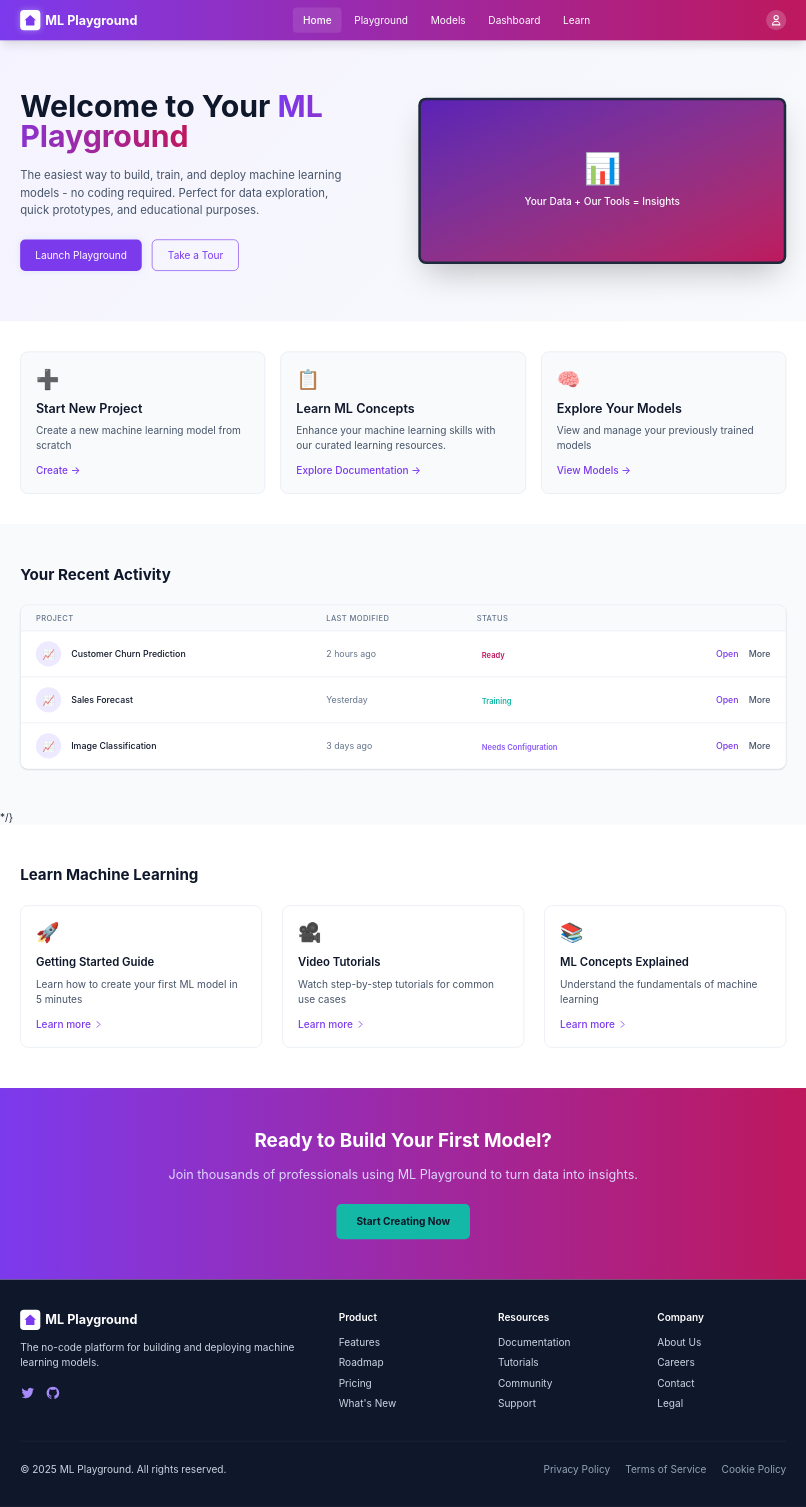
Repository: mdjaved24/ML_Playground
Page: /home (app in frontend/)
These files come from the project's save history. The page is drawn as it stood at one moment and after the next save; the edit follows.
The browser window is 1280 px wide. The pictures show the whole page, at 63% of full size.
The project was rebuilt for these pictures with package versions that can differ from the ones it lists, and the page was loaded fresh each time. Also part of the build but not shown: frontend/vite.config.js, frontend/src/pages/Landing Page/LandingPage.jsx, frontend/src/pages/Auth/Login.jsx, frontend/src/modals/ChangePassword.jsx, frontend/src/pages/Dashboard/Dashboard.jsx, frontend/src/pages/Auth/Signup.jsx, frontend/src/pages/Auth/ForgotPassword.jsx, frontend/src/pages/Learn/LearnPage.jsx and 3 more.

Above is the page before, as saved 2025-07-16 11:43:19.

### frontend/src/index.css
@tailwind base;
@tailwind components;
@tailwind utilities;
@import "tailwindcss";

/*
:root {
  font-family: system-ui, Avenir, Helvetica, Arial, sans-serif;
  line-height: 1.5;
  font-weight: 400;

  color-scheme: light dark;
  color: rgba(255, 255, 255, 0.87);
  background-color: #242424;

  font-synthesis: none;
  text-rendering: optimizeLegibility;
  -webkit-font-smoothing: antialiased;
  -moz-osx-font-smoothing: grayscale;
}

a {
  font-weight: 500;
  color: #646cff;
  text-decoration: inherit;
}
a:hover {
  color: #535bf2;
}

body {
  margin: 0;
  display: flex;
  place-items: center;
  min-width: 320px;
  min-height: 100vh;
}

h1 {
  font-size: 3.2em;
  line-height: 1.1;
}

button {
  border-radius: 8px;
  border: 1px solid transparent;
  padding: 0.6em 1.2em;
  font-size: 1em;
  font-weight: 500;
  font-family: inherit;
  background-color: #1a1a1a;
  cursor: pointer;
  transition: border-color 0.25s;
}
button:hover {
  border-color: #646cff;
}
button:focus,
button:focus-visible {
  outline: 4px auto -webkit-focus-ring-color;
}

@media (prefers-color-scheme: light) {
  :root {
    color: #213547;
    background-color: #ffffff;
  }
  a:hover {
    color: #747bff;
  }
  button {
    background-color: #f9f9f9;
  }
} */

### frontend/src/App.jsx
import { useState } from 'react'
import reactLogo from './assets/react.svg'
import viteLogo from '/vite.svg'
import './App.css'
import LandingPage from './pages/Landing Page/LandingPage'
import Login from './pages/Auth/Login'
import Homepage from './pages/Homepage/Homepage.jsx'
import Dashboard from './pages/Dashboard/Dashboard.jsx'
import Signup from './pages/Auth/Signup.jsx'
import ForgotPassword from './pages/Auth/ForgotPassword.jsx'
import LearnPage from './pages/Learn/LearnPage.jsx'
import Playground from './pages/Playground/Playground.jsx'



import { BrowserRouter as Router, Routes, Route, Link } from 'react-router-dom';
import SavedModels from './pages/Saved Models/SavedModels.jsx'
import ProfilePage from './pages/Profile/ProfilePage.jsx'
import TemplatesPage from './pages/Templates/TemplatesPage.jsx'


function App() {
  return (
    <Router>
      <Routes>
        <Route path='/' element={<LandingPage />}></Route>
        <Route path='/login' element={<Login />}></Route>
        <Route path='/signup' element={<Signup />}></Route>
        <Route path='/forgot-password' element={<ForgotPassword />}></Route>
        <Route path='/home' element={<Homepage/>}></Route>
        <Route path='/learn' element={<LearnPage/>}></Route>
        <Route path='/playground' element={<Playground />}></Route>
        <Route path='/models' element={<SavedModels />}></Route>
        <Route path='/profile' element={<ProfilePage />}></Route>
        <Route path='/templates' element={<TemplatesPage />}></Route>
        <Route path='/dashboard' element={<Dashboard/>}></Route>
      </Routes>
    </Router>
  );
}

export default App

### frontend/src/pages/Homepage/Homepage.jsx
// src/pages/Home.jsx
import React from 'react';
import Navbar from '../../components/Navbar';
import Footer from '../../components/Footer';


function Homepage() {
  return (
    <div className="min-h-screen flex flex-col">
      <Navbar />

      {/* Hero Section */}
      <section className="gradient-bg py-20 full-width">
        <div className="mx-auto px-4 sm:px-6 lg:px-8">
          <div className="grid md:grid-cols-2 gap-12 items-center max-w-7xl mx-auto">
            <div>
              <h1 className="text-4xl md:text-5xl font-bold text-[var(--color-gray-900)] mb-6">
                Welcome to Your <span className="gradient-text">ML Playground</span>
              </h1>
              <p className="text-lg text-[var(--color-gray-600)] mb-8 max-w-lg">
                The easiest way to build, train, and deploy machine learning models - no coding required.
                Perfect for data exploration, quick prototypes, and educational purposes.
              </p>
              <div className="flex flex-wrap gap-4">
                <button className="btn-primary px-6 py-3 rounded-lg transition glow-effect">
                  Launch Playground
                </button>
                <button className="border border-[var(--color-primary-600)] text-[var(--color-primary-600)] px-6 py-3 rounded-lg hover:bg-[var(--color-primary-50)] transition">
                  Take a Tour
                </button>
              </div>
            </div>
            <div className="relative">
              <div className="bg-[var(--color-gray-800)] p-1 rounded-xl shadow-2xl">
                <div className="h-64 bg-gradient-to-br from-[var(--color-primary-800)] to-[var(--color-accent-500)] rounded-lg flex items-center justify-center">
                  <div className="text-center p-4 text-white">
                    <div className="text-5xl mb-4">📊</div>
                    <p className="font-medium">Your Data + Our Tools = Insights</p>
                  </div>
                </div>
              </div>
            </div>
          </div>
        </div>
      </section>

      {/* Quick Actions */}
      <section className="py-12 bg-white full-width">
        <div className="mx-auto px-4 sm:px-6 lg:px-8">
          <div className="max-w-7xl mx-auto grid md:grid-cols-3 gap-6">
            {[
              {
                title: "Start New Project",
                desc: "Create a new machine learning model from scratch",
                icon: "➕",
                action: "Create",
                link: "/playground"
              },
              {
                title: "Learn ML Concepts",
                desc: "Enhance your machine learning skills with our curated learning resources.",
                icon: "📋",
                action: "Explore Documentation ",
                link: "/learn"
              },
              {
                title: "Explore Your Models",
                desc: "View and manage your previously trained models",
                icon: "🧠",
                action: "View Models",
                link: "/models"
              }
            ].map((card, index) => (
              <div key={index} className="bg-[var(--color-gray-50)] p-6 rounded-xl border border-[var(--color-gray-200)] hover:shadow-md transition">
                <div className="text-3xl mb-4">{card.icon}</div>
                <h3 className="text-xl font-semibold mb-2 text-[var(--color-gray-900)]">{card.title}</h3>
                <p className="text-[var(--color-gray-600)] mb-4">{card.desc}</p>
                <a href={card.link} className="inline-block text-[var(--color-primary-600)] font-medium hover:text-[var(--color-primary-700)] transition">
                  {card.action} →
                </a>
              </div>
            ))}
          </div>
        </div>
      </section>
{/*
      {/* Recent Activity */}
      <section className="py-16 bg-[var(--color-gray-50)] full-width">
        <div className="mx-auto px-4 sm:px-6 lg:px-8">
          <div className="max-w-7xl mx-auto">
            <h2 className="text-2xl font-bold text-[var(--color-gray-900)] mb-8">Your Recent Activity</h2>
            <div className="bg-white rounded-xl shadow-sm overflow-hidden border border-[var(--color-gray-200)]">
              <table className="min-w-full divide-y divide-[var(--color-gray-200)]">
                <thead className="bg-[var(--color-gray-50)]">
                  <tr>
                    <th scope="col" className="px-6 py-3 text-left text-xs font-medium text-[var(--color-gray-500)] uppercase tracking-wider">
                      Project
                    </th>
                    <th scope="col" className="px-6 py-3 text-left text-xs font-medium text-[var(--color-gray-500)] uppercase tracking-wider">
                      Last Modified
                    </th>
                    <th scope="col" className="px-6 py-3 text-left text-xs font-medium text-[var(--color-gray-500)] uppercase tracking-wider">
                      Status
                    </th>
                    <th scope="col" className="relative px-6 py-3">
                      <span className="sr-only">Actions</span>
                    </th>
                  </tr>
                </thead>
                <tbody className="bg-white divide-y divide-[var(--color-gray-200)]">
                  {[
                    {
                      name: "Customer Churn Prediction",
                      date: "2 hours ago",
                      status: "Ready",
                      statusColor: "text-[var(--color-accent-500)]"
                    },
                    {
                      name: "Sales Forecast",
                      date: "Yesterday",
                      status: "Training",
                      statusColor: "text-[var(--color-secondary-500)]"
                    },
                    {
                      name: "Image Classification",
                      date: "3 days ago",
                      status: "Needs Configuration",
                      statusColor: "text-[var(--color-primary-500)]"
                    }
                  ].map((project, index) => (
                    <tr key={index} className="hover:bg-[var(--color-gray-50)] transition">
                      <td className="px-6 py-4 whitespace-nowrap">
                        <div className="flex items-center">
                          <div className="flex-shrink-0 h-10 w-10 bg-[var(--color-primary-100)] rounded-full flex items-center justify-center text-[var(--color-primary-600)]">
                            📈
                          </div>
                          <div className="ml-4">
                            <div className="text-sm font-medium text-[var(--color-gray-900)]">{project.name}</div>
                          </div>
                        </div>
                      </td>
                      <td className="px-6 py-4 whitespace-nowrap">
                        <div className="text-sm text-[var(--color-gray-500)]">{project.date}</div>
                      </td>
                      <td className="px-6 py-4 whitespace-nowrap">
                        <span className={`px-2 inline-flex text-xs leading-5 font-semibold rounded-full ${project.statusColor}`}>
                          {project.status}
                        </span>
                      </td>
                      <td className="px-6 py-4 whitespace-nowrap text-right text-sm font-medium">
                        <a href="#" className="text-[var(--color-primary-600)] hover:text-[var(--color-primary-800)] mr-4">
                          Open
                        </a>
                        <a href="#" className="text-[var(--color-gray-600)] hover:text-[var(--color-gray-800)]">
                          More
                        </a>
                      </td>
                    </tr>
                  ))}
                </tbody>
              </table>
            </div>
          </div>
        </div>
      </section> */}

      {/* Learning Resources */}
      <section className="py-16 bg-white full-width">
        <div className="mx-auto px-4 sm:px-6 lg:px-8">
          <div className="max-w-7xl mx-auto">
            <h2 className="text-2xl font-bold text-[var(--color-gray-900)] mb-8">Learn Machine Learning</h2>
            <div className="grid md:grid-cols-3 gap-8">
              {[
                {
                  title: "Getting Started Guide",
                  desc: "Learn how to create your first ML model in 5 minutes",
                  icon: "🚀",
                  link: "/learn/getting-started"
                },
                {
                  title: "Video Tutorials",
                  desc: "Watch step-by-step tutorials for common use cases",
                  icon: "🎥",
                  link: "/learn/tutorials"
                },
                {
                  title: "ML Concepts Explained",
                  desc: "Understand the fundamentals of machine learning",
                  icon: "📚",
                  link: "/learn/concepts"
                }
              ].map((resource, index) => (
                <div key={index} className="group border border-[var(--color-gray-200)] rounded-xl overflow-hidden hover:shadow-md transition">
                  <div className="p-6">
                    <div className="text-3xl mb-4">{resource.icon}</div>
                    <h3 className="text-lg font-semibold text-[var(--color-gray-900)] mb-2">{resource.title}</h3>
                    <p className="text-[var(--color-gray-600)] mb-4">{resource.desc}</p>
                    <a href={resource.link} className="inline-flex items-center text-[var(--color-primary-600)] font-medium group-hover:text-[var(--color-primary-700)] transition">
                      Learn more
                      <svg className="ml-1 h-4 w-4" fill="none" viewBox="0 0 24 24" stroke="currentColor">
                        <path strokeLinecap="round" strokeLinejoin="round" strokeWidth={2} d="M9 5l7 7-7 7" />
                      </svg>
                    </a>
                  </div>
                </div>
              ))}
            </div>
          </div>
        </div>
      </section>

      {/* Final CTA */}
      <section className="gradient-header text-white py-16 full-width">
        <div className="mx-auto px-4 sm:px-6 lg:px-8 text-center">
          <div className="max-w-3xl mx-auto">
            <h2 className="text-3xl font-bold mb-6">Ready to Build Your First Model?</h2>
            <p className="text-xl text-[var(--color-primary-200)] mb-8">
              Join thousands of professionals using ML Playground to turn data into insights.
            </p>
            <button className="btn-secondary px-8 py-4 rounded-lg font-bold hover:shadow-lg transition">
              Start Creating Now
            </button>
          </div>
        </div>
      </section>

      <Footer />
    </div>
  );
}

export default Homepage;

### frontend/src/styles/colors.css
/* src/styles/colors.css */
:root {
  /* Vibrant purple primary palette */
  --color-primary-50: #f5f3ff;
  --color-primary-100: #ede9fe;
  --color-primary-200: #ddd6fe;
  --color-primary-300: #c4b5fd;
  --color-primary-400: #a78bfa; /* Main primary */
  --color-primary-500: #8b5cf6;
  --color-primary-600: #7c3aed;
  --color-primary-700: #6d28d9;
  --color-primary-800: #5b21b6;
  --color-primary-900: #4c1d95;

  /* Futuristic teal secondary */
  --color-secondary-50: #f0fdfa;
  --color-secondary-100: #ccfbf1;
  --color-secondary-200: #99f6e4;
  --color-secondary-300: #5eead4;
  --color-secondary-400: #2dd4bf; /* Main secondary */
  --color-secondary-500: #14b8a6;
  --color-secondary-600: #0d9488;
  --color-secondary-700: #0f766e;
  --color-secondary-800: #115e59;
  --color-secondary-900: #134e4a;

  /* Dark accent - deep magenta */
  --color-accent-400: #db2777;
  --color-accent-500: #be185d;
  --color-accent-600: #9d174d;

  /* Neutrals with cool undertones */
  --color-gray-50: #f8fafc;
  --color-gray-100: #f1f5f9;
  --color-gray-200: #e2e8f0;
  --color-gray-300: #cbd5e1;
  --color-gray-400: #94a3b8;
  --color-gray-500: #64748b;
  --color-gray-600: #475569;
  --color-gray-700: #334155;
  --color-gray-800: #1e293b;
  --color-gray-900: #0f172a;

  /* Special glow effect for tech vibe */
  --color-glow: rgba(199, 210, 254, 0.5);
}

/* Global styles using the color variables */
body {
  font-family: 'Inter', sans-serif;
  color: var(--color-gray-800);
  background-color: var(--color-gray-50);
  margin: 0;
  padding: 0;
}

.gradient-bg {
  background: linear-gradient(135deg, var(--color-primary-50) 0%, var(--color-gray-50) 100%);
}

.gradient-header {
  background: linear-gradient(90deg, var(--color-primary-600) 0%, var(--color-accent-500) 100%);
}

.gradient-text {
  background: linear-gradient(90deg, var(--color-primary-600), var(--color-accent-500));
  -webkit-background-clip: text;
  background-clip: text;
  color: transparent;
}

.btn-primary {
  background-color: var(--color-primary-600);
  color: white;
  transition: all 0.3s ease;
}

.btn-primary:hover {
  background-color: var(--color-primary-700);
  box-shadow: 0 0 0 3px var(--color-glow);
}

.btn-secondary {
  background-color: var(--color-secondary-500);
  color: var(--color-gray-900);
  transition: all 0.3s ease;
}

.btn-secondary:hover {
  background-color: var(--color-secondary-600);
}

.btn-accent {
  background-color: var(--color-accent-500);
  color: white;
  transition: all 0.3s ease;
}

.btn-accent:hover {
  background-color: var(--color-accent-600);
}

.glow-effect {
  box-shadow: 0 0 10px var(--color-glow);
}

.full-width {
  width: 100vw;
  position: relative;
  left: 50%;
  right: 50%;
  margin-left: -50vw;
  margin-right: -50vw;
}

/* Ensure content stays centered while backgrounds extend full width */
.full-width > div {
  max-width: 100%;
  margin: 0 auto;
}

### frontend/src/components/Footer.jsx
// components/Footer.jsx
import React from 'react';

function Footer() {
  return (
    <footer className="bg-[var(--color-gray-900)] text-[var(--color-gray-300)] full-width mt-auto">
      <div className="mx-auto px-4 sm:px-6 lg:px-8 py-12">
        <div className="max-w-7xl mx-auto grid grid-cols-2 md:grid-cols-5 gap-12">

          {/* Brand Column */}
          <div className="md:col-span-2">
            <div className="flex items-center mb-4">
              <div className="h-8 w-8 rounded-md bg-white flex items-center justify-center mr-2">
                <svg className="h-5 w-5 text-[var(--color-primary-600)]" viewBox="0 0 24 24">
                  <path fill="currentColor" d="M12,2L1,12H4V22H20V12H23M11,15V18H13V15M15,15V18H17V15M7,15V18H9V15Z" />
                </svg>
              </div>
              <span className="text-xl font-bold text-white">ML Playground</span>
            </div>
            <p className="mb-6">
              The no-code platform for building and deploying machine learning models.
            </p>
            <div className="flex space-x-4">
              <a href="#" className="text-[var(--color-primary-400)] hover:text-[var(--color-primary-300)] transition">
                <span className="sr-only">Twitter</span>
                <svg className="h-6 w-6" fill="currentColor" viewBox="0 0 24 24">
                  <path d="M8.29 20.251c7.547 0 11.675-6.253 11.675-11.675 0-.178 0-.355-.012-.53A8.348 8.348 0 0022 5.92a8.19 8.19 0 01-2.357.646 4.118 4.118 0 001.804-2.27 8.224 8.224 0 01-2.605.996 4.107 4.107 0 00-6.993 3.743 11.65 11.65 0 01-8.457-4.287 4.106 4.106 0 001.27 5.477A4.072 4.072 0 012.8 9.713v.052a4.105 4.105 0 003.292 4.022 4.095 4.095 0 01-1.853.07 4.108 4.108 0 003.834 2.85A8.233 8.233 0 012 18.407a11.616 11.616 0 006.29 1.84" />
                </svg>
              </a>
              <a href="#" className="text-[var(--color-primary-400)] hover:text-[var(--color-primary-300)] transition">
                <span className="sr-only">GitHub</span>
                <svg className="h-6 w-6" fill="currentColor" viewBox="0 0 24 24">
                  <path fillRule="evenodd" d="M12 2C6.477 2 2 6.484 2 12.017c0 4.425 2.865 8.18 6.839 9.504.5.092.682-.217.682-.483 0-.237-.008-.868-.013-1.703-2.782.605-3.369-1.343-3.369-1.343-.454-1.158-1.11-1.466-1.11-1.466-.908-.62.069-.608.069-.608 1.003.07 1.531 1.032 1.531 1.032.892 1.53 2.341 1.088 2.91.832.092-.647.35-1.088.636-1.338-2.22-.253-4.555-1.113-4.555-4.951 0-1.093.39-1.988 1.029-2.688-.103-.253-.446-1.272.098-2.65 0 0 .84-.27 2.75 1.026A9.564 9.564 0 0112 6.844c.85.004 1.705.115 2.504.337 1.909-1.296 2.747-1.027 2.747-1.027.546 1.379.202 2.398.1 2.651.64.7 1.028 1.595 1.028 2.688 0 3.848-2.339 4.695-4.566 4.943.359.309.678.92.678 1.855 0 1.338-.012 2.419-.012 2.747 0 .268.18.58.688.482A10.019 10.019 0 0022 12.017C22 6.484 17.522 2 12 2z" clipRule="evenodd" />
                </svg>
              </a>
            </div>
          </div>

          {/* Product Links */}
          <div>
            <h4 className="font-semibold text-white mb-4">Product</h4>
            <ul className="space-y-2">
              <li><a href="#" className="hover:text-white transition">Features</a></li>
              <li><a href="#" className="hover:text-white transition">Roadmap</a></li>
              <li><a href="#" className="hover:text-white transition">Pricing</a></li>
              <li><a href="#" className="hover:text-white transition">What's New</a></li>
            </ul>
          </div>

          {/* Resources Links */}
          <div>
            <h4 className="font-semibold text-white mb-4">Resources</h4>
            <ul className="space-y-2">
              <li><a href="#" className="hover:text-white transition">Documentation</a></li>
              <li><a href="#" className="hover:text-white transition">Tutorials</a></li>
              <li><a href="#" className="hover:text-white transition">Community</a></li>
              <li><a href="#" className="hover:text-white transition">Support</a></li>
            </ul>
          </div>

          {/* Company Links */}
          <div>
            <h4 className="font-semibold text-white mb-4">Company</h4>
            <ul className="space-y-2">
              <li><a href="#" className="hover:text-white transition">About Us</a></li>
              <li><a href="#" className="hover:text-white transition">Careers</a></li>
              <li><a href="#" className="hover:text-white transition">Contact</a></li>
              <li><a href="#" className="hover:text-white transition">Legal</a></li>
            </ul>
          </div>
        </div>

        {/* Bottom Copyright */}
        <div className="border-t border-[var(--color-gray-800)] mt-12 pt-8 flex flex-col md:flex-row justify-between items-center">
          <p>© {new Date().getFullYear()} ML Playground. All rights reserved.</p>
          <div className="flex space-x-6 mt-4 md:mt-0">
            <a href="#" className="text-[var(--color-gray-400)] hover:text-white transition">Privacy Policy</a>
            <a href="#" className="text-[var(--color-gray-400)] hover:text-white transition">Terms of Service</a>
            <a href="#" className="text-[var(--color-gray-400)] hover:text-white transition">Cookie Policy</a>
          </div>
        </div>
      </div>
    </footer>
  );
}

export default Footer;

Loaded but not shown: frontend/index.html (common file); frontend/src/main.jsx (common file); frontend/src/App.css (common file); frontend/src/pages/Playground/Playground.jsx (1664 lines, source omitted); frontend/src/components/Navbar.jsx (227 lines, source omitted)

After the next save:
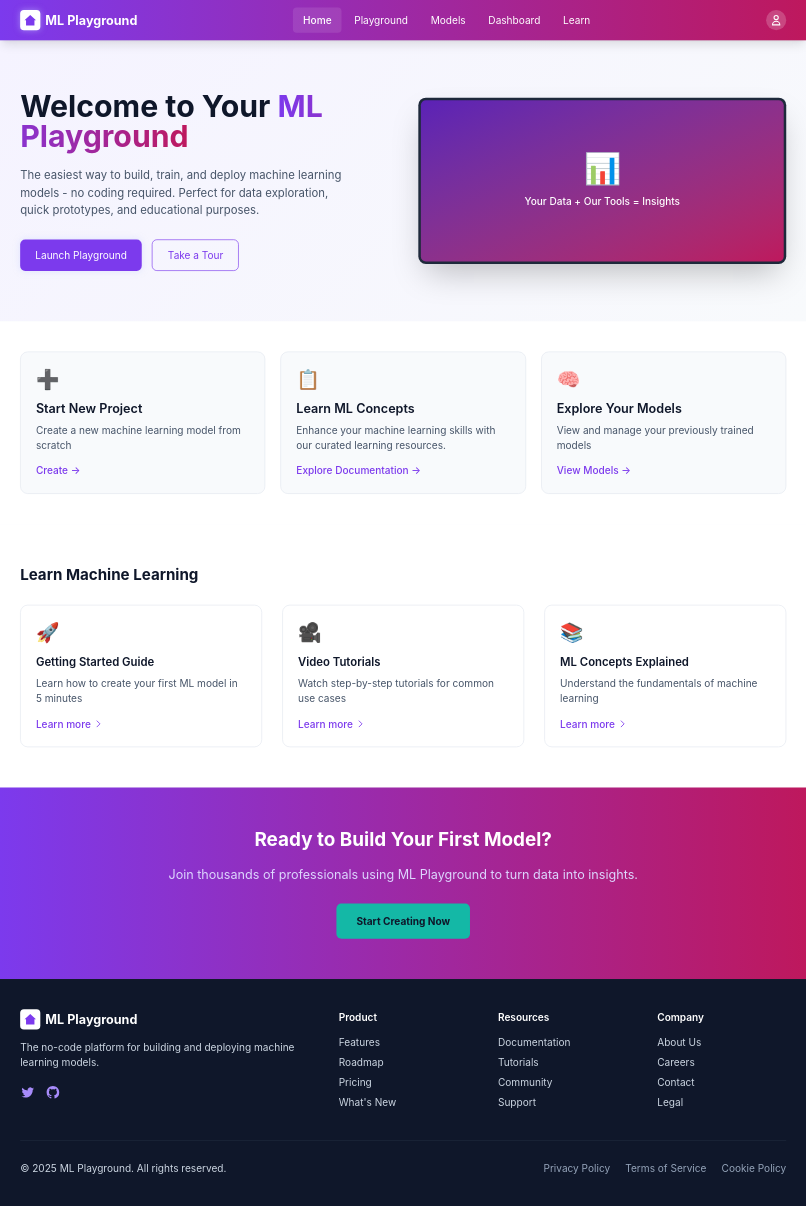
Saved 53 s later.
--- a/frontend/src/pages/Homepage/Homepage.jsx
+++ b/frontend/src/pages/Homepage/Homepage.jsx
@@ -83,9 +83,9 @@ function Homepage() {
           </div>
         </div>
       </section>
-{/*
+
       {/* Recent Activity */}
-      <section className="py-16 bg-[var(--color-gray-50)] full-width">
+      {/* <section className="py-16 bg-[var(--color-gray-50)] full-width">
         <div className="mx-auto px-4 sm:px-6 lg:px-8">
           <div className="max-w-7xl mx-auto">
             <h2 className="text-2xl font-bold text-[var(--color-gray-900)] mb-8">Your Recent Activity</h2>
